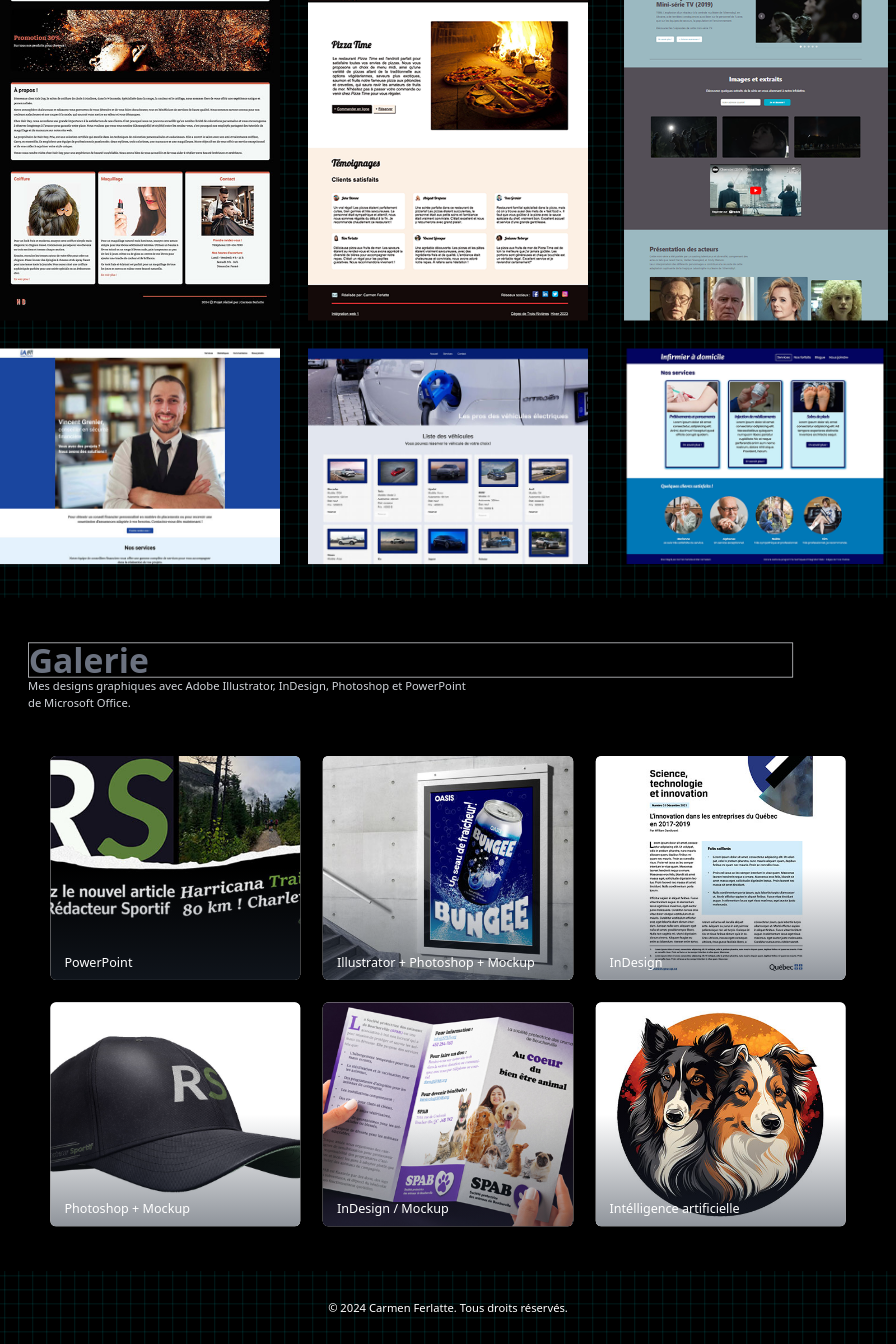
Repository: CarmenFerlatte/TP3__FerlatteCarmen
Page: realisations.html
The author's editor kept a copy of each file at every save. The page is drawn from the files as they stood at one save, then again after the next save.
The browser window is 1280 px wide. The pictures show the part of the page from y = 1087 to 3007 px (the page is 3007 px tall before and 2995 px after), at 70% of full size.
Some web libraries are served in a nearby version. The style sheet was rebuilt from its Sass, Less or Tailwind sources for each picture, by a compiler version that may differ from the author's.

Above is the page before, as saved 2024-08-22 11:37:19.
Console error: TypeError: Cannot read properties of null (reading 'addEventListener')

### realisations.html
<!DOCTYPE html>
<html lang="fr-ca">
<head>
    <meta charset="UTF-8">
    <meta name="viewport" content="width=device-width, initial-scale=1.0">
    <link href="https://cdn.jsdelivr.net/npm/tailwindcss@2.2.19/dist/tailwind.min.css" rel="stylesheet">
    <title>Mon Portefolio</title>
    <script src="https://cdn.tailwindcss.com"></script>
    <link href="https://cdn.jsdelivr.net/npm/tailwindcss@2.2.19/dist/tailwind.min.css" rel="stylesheet">
    <link rel="stylesheet" href="https://cdnjs.cloudflare.com/ajax/libs/font-awesome/6.4.0/css/all.min.css">
    <link rel="stylesheet" href="style/css/style.css">
    <link rel="apple-touch-icon" sizes="180x180" href="img/favicons/apple-touch-icon.png">
    <link rel="icon" type="image/png" sizes="32x32" href="img/favicons/favicon-32x32.png">
    <link rel="icon" type="image/png" sizes="16x16" href="img/favicons/favicon-16x16.png">
    <link rel="manifest" href="img/favicons/site.webmanifest">
    <script src="https://code.jquery.com/jquery-3.6.0.min.js"></script>
    <script src="js/navbar.js" defer></script>
    <script src="js/script.js" defer></script>
    <script src="js/header.js" defer></script>
    <script src="js/install.js" defer></script>
    <script>
        $(function(){
            $("#header").load("assets/php/header.html");
            $("#footer").load("assets/php/footer.html");
        });
    </script>
</head>

<body class="bg-black text-white h-dvh">
    <header id="header"></header>

<main>
    <section class="md:h-full bg-black text-white py-8 sm:py-11 lg:py-12">
         <h1 class="text-2xl md:text-3xl lg:text-4xl xl:text-5xl font-bold text-center mt-20 border">Mes Réalisations</h1>
    <div class="container flex justify-center items-center mx-auto px-4 py-10 sm:py-20 md:py-4">

        <p class="text-sm sm:text-md md:text-base lg:text-1xl xl:text-2xl leading-6 text-left lg:py-20 px-5 md:px-2 lg:px-1 2xl:px-0 text-gray-200 border">Passionnée par le développement web 🖥  et le design 🎨, j'ai réalisé divers projets mettant en œuvre mes compétences 📑  en HTML , CSS, JavaScript et React. Ces technologies 👩‍💻 me permettent de créer des interfaces dynamiques 🚀 et interactives, alliant esthétisme et fonctionnalité. Parallèlement, j'explore ma créativité à travers des travaux de design élaborés avec la suite Adobe, où je m'applique avec enthousiasme 😃  à transformer des idées en visuels percutants. Mon approche multidisciplinaire me permet d'allier techniques de programmation et sens de l'esthétique <span><img class="w-7 inline-block align-middle" src="img/icons/design_web.svg" alt="icone design web"></span> , garantissant des projets non seulement performants mais également visuellement 👀 attrayants.  </p>

    </div>

<div class="container mx-auto px-4 py-1 md:py-5 md:mb-0 mt-[-10px] md:mt-0">
    <div class="grid grid-cols-12 gap-4 flex items-stretch px-5 md:px-2 lg:px-1">
        <div class="col-span-12 md:col-span-6 lg:col-span-4">
            <a href="#projets" title="Voir les projets">
                <div class="relative group cursor-pointer bg-gray-800 p-6 rounded-lg shadow-lg hover:bg-gray-700 hover:shadow-xl transition duration-300">
                    <h3 class="text-lg md:text-1xl lg:text-2xl font-bold text-gray-200">Développement Web</h3>
                    <p class="text-base md:text-lg lg:text-1xl  text-gray-300 mt-4 mb-1">Projets réalisés en HTML, CSS, JavaScript et React.</p>
                    <p class="flex">
                        <img src="img/icons/html5_icon.svg" alt="HTML5 icône" class="w-8 h-8 mt-2 mx-1">
                        <img src="img/icons/css3_icon.svg" alt="CSS3 icône" class="w-8 h-8 mt-2 mx-1">
                        <img src="img/icons/javascript_icon.svg" alt="JavaScript icône" class="w-7 h-7 mt-3 mx-1">
                        <img src="img/icons/react_native_icon.svg" alt="React icône" class="w-8 h-8 mt-3 mx-1">
                    </p>
                </div>
            </a>
        </div>

        <div class="col-span-12 md:col-span-6 lg:col-span-4 flex flex-col">
            <a href="#galerie" title="Voir les designs" class="flex-grow">
                <div class="relative group cursor-pointer bg-gray-800 p-6 rounded-lg shadow-lg hover:bg-gray-700 hover:shadow-xl transition duration-300 flex flex-col">
                    <h3 class="text-lg md:text-1xl lg:text-2xl font-bold text-gray-200 group">Design Graphique</h3>
                    <p class="text-base md:text-lg lg:text-1xl text-gray-300 mt-4 mb-1">Designs graphiques avec la suite Adobe et PowerPoint.</p>
                    <div class="flex">
                        <img src="img/icons/adobe-illustrator_icon.svg" alt="Illustrator icône" class="w-8 h-8 mt-2 mx-1">
                        <img src="img/icons/adobe_photoshop_icon.svg" alt="Photoshop icône" class="w-8 h-8 mt-2 mx-1">
                        <img src="img/icons/adobe_indesign_icon.svg" alt="InDesign icône" class="w-8 h-8 mt-2 mx-1">
                        <img src="img/icons/adobe-xd_icon.svg" alt="XD icône" class="w-8 h-8 mt-2 mx-1">
                        <img src="img/icons/Adobe_Acrobat_Reader_icon.svg" alt="Acrobat Reader icône" class="w-6 h-6 mt-3 mx-1">
                        <img src="img/icons/microsoft_powerpoint_icon.svg" alt="PowerPoint icône" class="w-8 h-8 mt-2 mx-1">
                    </div>
                </div>
            </a>
        </div>

        <div class="col-span-12 md:col-span-6 lg:col-span-4 flex flex-col">
            <a href="#galerie" title="Voir les projets" class="flex-grow">
                <div class="relative group cursor-pointer bg-gray-800 p-6 rounded-lg shadow-lg hover:bg-gray-700 hover:shadow-xl transition duration-300 flex flex-col">
                    <h3 class="text-lg md:text-1xl lg:text-2xl font-bold text-gray-200">Intelligence Artificielle</h3>
                    <p class="text-base md:text-lg lg:text-2xl text-gray-300 mt-4 mb-1">Création de logos avec l'intelligence artificielle.</p>
                    <div class="flex">
                        <img src="img/icons/intelligence_artificielle_icon.svg" alt="PowerPoint icône" class="w-8 h-8 mt-2 mx-1">
                    </div>
                </div>
            </a>
        </div>
    </div>
</div>


    </section>

    <section class="cyber-grid md:mt-auto">
        <div class="max-w-screen-sm md:max-w-screen-md lg:max-w-screen-lg 2xl:max-w-screen-2xl mx-auto flex inlign-flex align-items pt-10"><h2 id="projets" class="text-2xl md:text-3xl lg:text-4xl font-bold text-gray-500 lg:text-3xl dark:text-white ml-10 sm:ml-0">Projets</h2>
        <p class="hidden max-w-screen-sm text-1xl text-gray-300 dark:text-gray-300 md:block pt-3 pl-5">
                Projets réalisés en html, css et JavaScript.
                </p></div>
    <div class="container mx-auto py-8 md:mt-2 px-2 md:px-2 lg:px-0">

        <div class="grid grid-cols-1 md:grid-cols-2 lg:grid-cols-3 gap-10 p-4 w-full mx-auto place-items-start px-10 sm:px-0">
            <img class="hover:opacity-75" src="img/screenshots/2024__projet__salon_de_coiffure.jpg" alt="image">
            <img class="hover:opacity-75" src="img/screenshots/2024__projet__restaurant.png" alt="image">
            <img class="hover:opacity-75" src="img/screenshots/2024__projet_cinema.png" alt="image">
            <img class="hover:opacity-75" src="img/screenshots/2024__projet__vincent_grenier_w600.jpg" alt="image">
            <img class="hover:opacity-75" src="img/screenshots/mon_premier_projet_react.jpg" alt="image">
            <img class="hover:opacity-75" src="img/screenshots/2023__projet__soins_infirmiers.png" alt="image">
        </div>
    </div>
</section>
    <section class="dark:bg-gray-800 h-full">
        <div class="w-11/12 px-10 my-16">
            <h2 id="galerie" class="text-3xl md-text-4xl lg:text-5xl font-bold text-gray-500 dark:text-white border">Galerie</h2>

            <p class="hidden max-w-screen-sm text-1xl text-gray-300 dark:text-gray-300 md:block">
                Mes designs graphiques avec Adobe Illustrator, InDesign, Photoshop et PowerPoint de Microsoft Office.
            </p>
        </div>
    <div class="mx-auto h-auto max-w-screen-2xl px-4 md:px-8 mb-16 mt-auto">

        <div class="grid grid-cols-1 md:grid-cols-2 lg:grid-cols-3 mx-10 gap-4 md:gap-6 xl:gap-8">
            <!-- image - start -->
            <a href="https://le-redacteur-sportif.ca/harricana_trail_2023.html" title="Le Rédacteur Sportif" target="_blank" rel="noopener noreferrer"
                class="group relative flex items-end h-72 md:h-80 overflow-hidden rounded-lg bg-gray-100 shadow-lg">
                <img src="img/design/harricana_trail_80km__charlevoix__Vincent_Greniert.jpg" loading="lazy" alt="Projet Carmen Ferlatte Adobe InDesign (brochure)" class="absolute inset-0 h-full w-full object-cover object-center transition duration-200 group-hover:scale-110">

                <div
                    class="pointer-events-none absolute inset-0 bg-gradient-to-t from-gray-800 via-transparent to-transparent opacity-50">
                </div>

                <span class="relative ml-4 mb-3 inline-block text-sm text-white md:ml-5 md:text-lg">PowerPoint</span>
            </a>
            <!-- image - end -->

            <!-- image - start -->
            <div
                class="group relative flex items-end h-72 md:h-48 overflow-hidden rounded-lg bg-gray-100 shadow-lg md:h-80">
                <img src="img/design/05__affiche_bungee__Carmen_Ferlatte.jpg" loading="lazy" alt="Projet Carmen Ferlatte Adobe Illustrator (affiche)" class="absolute inset-0 h-full w-full object-cover object-center transition duration-200 group-hover:scale-110">

                <div
                    class="pointer-events-none absolute inset-0 bg-gradient-to-t from-gray-800 via-transparent to-transparent opacity-50">
                </div>

                <span class="relative ml-4 mb-3 inline-block text-sm text-white md:ml-5 md:text-lg">Illustrator + Photoshop + Mockup</span>
            </div>
            <!-- image - end -->

            <!-- image - start -->
            <div
                class="group relative flex items-end h-72 md:h-48 overflow-hidden rounded-lg bg-gray-100 shadow-lg md:h-80">
                <img src="img/design/exercice_inDesign__Carmen_Ferlatte.jpg" loading="lazy" alt="Photo by Magicle" class="absolute inset-0 h-full w-full object-cover object-center transition duration-200 group-hover:scale-110">

                <div
                    class="pointer-events-none absolute inset-0 bg-gradient-to-t from-gray-800 via-transparent to-transparent opacity-50">
                </div>

                <span class="relative ml-4 mb-3 inline-block text-sm text-white md:ml-5 md:text-lg">InDesign</span>
            </div>
            <!-- image - end -->

            <!-- image - start -->
            <a href="https://le-redacteur-sportif.ca/harricana_trail_2023.html" title="Le Rédacteur Sportif" target="_blank" rel="noopener noreferrer"
                class="group relative flex items-end h-72 md:h-48 overflow-hidden rounded-lg bg-gray-100 shadow-lg md:h-80">
                <img src="img/design/casquette__RS__w1200.jpg" loading="lazy" alt="Affiche médias sociaux PowerPoint / Carmen Ferlatte" class="absolute inset-0 h-full w-full object-cover object-center transition duration-200 group-hover:scale-110">

                <div
                    class="pointer-events-none absolute inset-0 bg-gradient-to-t from-gray-800 via-transparent to-transparent opacity-50">
                </div>

                <span class="relative ml-4 mb-3 inline-block text-sm text-white md:ml-5 md:text-lg">Photoshop + Mockup</span>
            </a>
            <!-- image - end -->

            <!-- image - start -->
            <div
                class="group relative flex h-72 md:h-48 items-end overflow-hidden rounded-lg bg-gray-100 shadow-lg md:h-80">
                <img src="img/design/projet__brochure__spa__450x345.jpg" loading="lazy" alt="Brochure InDesign et Mockup / Carmen Ferlatte" class="absolute inset-0 h-full w-full object-cover object-center transition duration-200 group-hover:scale-110">

                <div
                    class="pointer-events-none absolute inset-0 bg-gradient-to-t from-gray-800 via-transparent to-transparent opacity-50">
                </div>

                <span class="relative ml-4 mb-3 inline-block text-sm text-white md:ml-5 md:text-lg">InDesign / Mockup</span>
            </div>
            <!-- image - end -->
             <!-- image - start -->
            <div
                class="group relative flex h-72 md:h-48 items-end overflow-hidden rounded-lg bg-gray-100 shadow-lg md:h-80">
                <img src="img/design/logo_colley_carmen_ferlatte.jpg" loading="lazy" alt="Logo fait avec l'Intélligence artificielle / Carmen Ferlatte" class="absolute inset-0 h-full w-full object-cover object-center transition duration-200 group-hover:scale-110">

                <div
                    class="pointer-events-none absolute inset-0 bg-gradient-to-t from-gray-800 via-transparent to-transparent opacity-50">
                </div>

                <span class="relative ml-4 mb-3 inline-block text-sm text-white md:ml-5 md:text-lg">Intélligence artificielle</span>
            </div>
            <!-- image - end -->
        </div>
    </div>
</section>
</main>

   <footer id="footer" class="block clear-both mt-16"></footer>
</body>
</html>

### js/header.js
// Header and footer loading script

$(function () {
    $('#header').load('assets/php/header.html', function() {
        let navbar = document.querySelector('.bg-animated');
        if (navbar) {
            let lastScrollTop = 0;

            window.addEventListener('scroll', function () {
                let scrollTop = window.scrollY || document.documentElement.scrollTop;
                if (scrollTop > lastScrollTop) {
                    // Scroll down
                    navbar.classList.add('navbar-hidden');
                } else {
                    // Scroll up
                    navbar.classList.remove('navbar-hidden');
                }

                    lastScrollTop = scrollTop;
            });
        } else {
            console.error('Navbar not found');
        }
    });
    $('#footer').load('assets/php/footer.html', function (response, status, xhr) {
        if (status === "error") {
            console.error("Erreur de chargement du pied de page: " + xhr.status + " " + xhr.statusText);
        } else {
            console.log("Le pied de page a été chargé avec succès");
        }
    });
});

### js/install.js
// Description: Script pour l'installation de la PWA

let deferedInstallPrompt = null;
    const installButton = document.getElementById('butInstall');

    installButton.addEventListener('click', installPWA);

    window.addEventListener('beforeInstallPrompt', afficherButtonInstall);

    function afficherBoutonInstall(evt) {
        deferedInstallPrompt = evt;
        installButton.removeAttribute('hidden');
    }

    function installPWA(evt) {
        deferedInstallPrompt.prompt();
        evt.srcElement.setAttribute('hidden', true);
        deferedInstallPrompt.userChoice
            .then((choice) => {
                if (choice.outcome === 'accepted') {
                    console.log("L'usager a installé la PWA VIA le mon bouton d'installation", choice);
                } else {
                    console.log("Lusager a refusé l'installation de la PWA VIA le boutton d'installation", choice);
                }
                deferedInstallPrompt = null;
            });

        function logAppInstalled(evt) {
            console.log("L'usager a installé la PWA VIA Les ... de Chrome");
    }
 };

### assets/php/header.html
<header>
  <nav class="bg-animated cyber-grid fixed w-full z-50">
    <div class="w-full mx-auto px-6 md:px-10">
      <div class="flex justify-between items-center py-6">
        <a
          href="index.html"
          class="text-xl sm:text-1xl lg:text-2xl font-bold neon-text glitch-effect"
          data-text="Carmen Ferlatte"
          >Carmen Ferlatte</a
        >
        <label for="menu-toggle">Portefolio</label>
        <input type="checkbox" id="menu-toggle" class="hidden" />
        <label for="menu-toggle" class="menu-icon cursor-pointer md:hidden">
          <span class="hamburger"></span>
        </label>
        <ul class="menu hidden md:flex md:items-center space-x-10">
          <li>
            <a href="index.html" class="nav-link" data-text="Accueil"
              >Accueil</a
            >
          </li>
          <li>
            <a
              href="realisations.html"
              class="nav-link"
              data-text="Réalisations"
              >Réalisations</a
            >
          </li>
          <li>
            <a href="contact.html" class="nav-link" data-text="Contact"
              >Contact</a
            >
          </li>
          <!-- <li><a href="#" class="bg-gradient-to-r from-cyan-500 to-blue-500 text-white font-bold py-2 px-4 rounded hover:from-cyan-600 hover:to-blue-600 transition-all duration-300">Sign Up</a></li> -->
        </ul>
      </div>
    </div>
  </nav>
</header>

### assets/php/footer.html
<footer class="cyber-grid">
    <div class="container mx-auto px-4 py-10">
        <p class="text-center text-white">© 2024 Carmen Ferlatte. Tous droits réservés.</p>
   </div>
</footer>

### style/sass/style.scss
@use "navbar" as *;

### style/sass/_navbar.scss
@keyframes neon-pulse {
    0%, 100% {
        text-shadow: 0 0 5px #fff, 0 0 10px #fff, 0 0 15px #fff, 0 0 20px #0891b2, 0 0 35px #0891b2, 0 0 40px #0891b2, 0 0 50px #0891b2, 0 0 75px #0891b2;
    }
    50% {
        text-shadow: 0 0 2px #fff, 0 0 5px #fff, 0 0 7px #fff, 0 0 10px #0891b2, 0 0 17px #0891b2, 0 0 20px #0891b2, 0 0 25px #0891b2, 0 0 37px #0891b2;
    }
}

.neon-text {
    animation: neon-pulse 1.5s infinite alternate;
}

.bg-animated {
    background: linear-gradient(-45deg, #000000, #1a1a1a, #000033, #003366);
    background-size: 400% 400%;
    animation: gradient 15s ease infinite;
}

@keyframes gradient {
    0% { background-position: 0% 50%; }
    50% { background-position: 100% 50%; }
    100% { background-position: 0% 50%; }
}

.cyber-grid {
    background-image:
        linear-gradient(rgba(0, 255, 255, 0.1) 1px, transparent 1px),
        linear-gradient(90deg, rgba(0, 255, 255, 0.1) 1px, transparent 1px);
    background-size: 20px 20px;
    animation: cyber-grid-move 20s linear infinite;
}

@keyframes cyber-grid-move {
    0% { background-position: 0 0; }
    100% { background-position: 20px 20px; }
}



.nav-link {
    position: relative;
    overflow: hidden;

        &::before {
            content: '';
            position: absolute;
            bottom: 0;
            left: 0;
            width: 100%;
            height: 2px;
            background-color: #0891b2;
            transform: translateX(-100%);
            transition: transform 0.3s ease;
        }

       &:hover::before {
            transform: translateX(0);
        }

        &::after {
            content: attr(data-text);
            position: absolute;
            top: 0;
            left: 0;
            width: 100%;
            height: 100%;
            display: flex;
            align-items: center;
            justify-content: center;
            transform: translateY(100%);
            background: linear-gradient(to bottom, #0891b2, #3e43cb);
            -webkit-background-clip: text;
            background-clip: text;
            -webkit-text-fill-color: transparent;
            transition: transform 0.3s ease;
        }

        &:hover::after {
            transform: translateY(0);
        }
}


.glitch-effect {
    position: relative;

    &::before,
    &::after {
        content: attr(data-text);
        position: absolute;
        top: 0;
        left: 0;
        width: 100%;
        height: 100%;
        opacity: 0.8;
    }

    &::before {
        left: 2px;
        text-shadow: -2px 0 #ff00de;
        clip: rect(24px, 550px, 90px, 0);
        animation: glitch-anim 3s infinite linear alternate-reverse;
    }

    &::after {
        left: -2px;
        text-shadow: -2px 0 #0891b2;
        clip: rect(85px, 550px, 140px, 0);
        animation: glitch-anim 2s infinite linear alternate-reverse;
    }

}



@keyframes glitch-anim {
    0% { clip: rect(39px, 9999px, 71px, 0); }
    20% { clip: rect(3px, 9999px, 5px, 0); }
    40% { clip: rect(6px, 9999px, 38px, 0); }
    60% { clip: rect(13px, 9999px, 43px, 0); }
    80% { clip: rect(44px, 9999px, 93px, 0); }
    100% { clip: rect(54px, 9999px, 47px, 0); }
}

#menu-toggle {
    &:checked {
        ~ .menu {
            display: block;
        }

        ~ .menu-icon {
            .hamburger {
                transform: rotate(45deg);

                &::before {
                    transform: translateY(8px) rotate(90deg);
                }

                &::after {
                    transform: translateY(-8px) rotate(90deg);
                }
            }
        }
    }
}

.hamburger,
.hamburger::before,
.hamburger::after {
    content: '';
    display: block;
    background: #0891b2;
    height: 3px;
    width: 30px;
    transition: transform 0.5s cubic-bezier(0.23, 1, 0.32, 1);
}

.hamburger {
    &::before {
        transform: translateY(-8px);
    }

    &::after {
        transform: translateY(8px);
    }
}

@media (max-width: 768px) {
    .menu {
        position: fixed;
        top: 60px;
        left: 0;
        right: 0;
        width: 100%;
        height: 0;
        background: rgba(0, 0, 0, 0.9);
        overflow: hidden;
        transition: height 0.5s cubic-bezier(0.23, 1, 0.32, 1);
        text-align: right;
        padding-right: 20px;
        padding-top: 20px;

        a {
            display: block;
            font-size: 1.2rem;
            padding: 10px 0;
            text-decoration: underline 2px #0891b2;

            &:hover {
                color: #0891b2;
                text-decoration: none;
                cursor: pointer;
            }
        }
    }

    #menu-toggle:checked ~ .menu {
        height: calc(100vh - 60px);
    }
}

@media (max-width: 640px) {
    .no-glitch {
        animation: none !important;
    }
}

/*-------------Invisible Navbar-------------*/

.navbar-hidden {
    transform: translateY(-100%);
    transition: transform 0.3s ease-in-out;
}

Loaded but not shown: js/script.js (33 lines, source omitted); js/navbar.js (30 lines, source omitted)

After the next save:
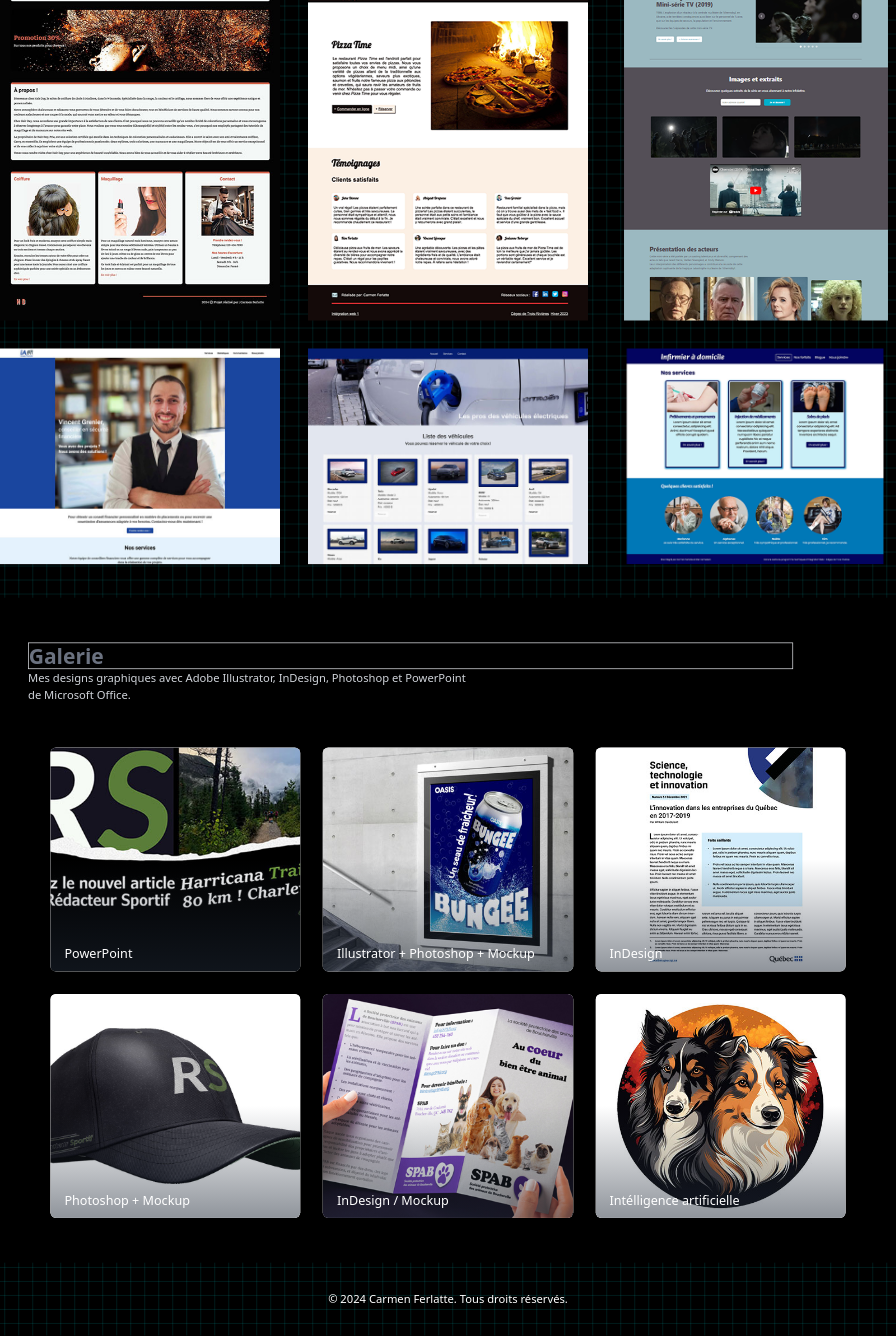
Saved 5 s later.
--- a/realisations.html
+++ b/realisations.html
@@ -108,7 +108,7 @@
 </section>
     <section class="dark:bg-gray-800 h-full">
         <div class="w-11/12 px-10 my-16">
-            <h2 id="galerie" class="text-3xl md-text-4xl lg:text-5xl font-bold text-gray-500 dark:text-white border">Galerie</h2>
+            <h2 id="galerie" class="text-3xl md-text-4xl font-bold text-gray-500 dark:text-white border">Galerie</h2>
 
             <p class="hidden max-w-screen-sm text-1xl text-gray-300 dark:text-gray-300 md:block">
                 Mes designs graphiques avec Adobe Illustrator, InDesign, Photoshop et PowerPoint de Microsoft Office.
